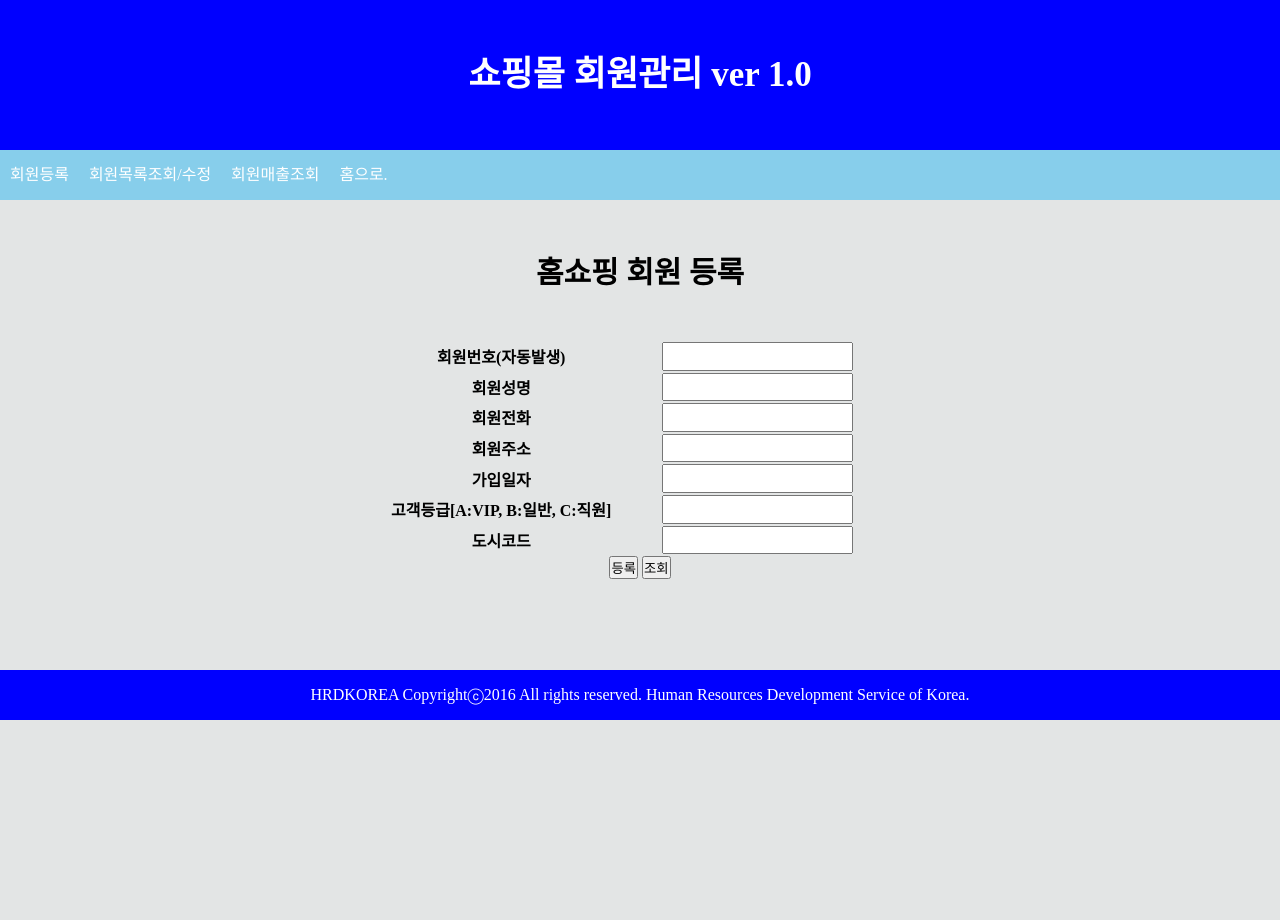
Repository: kayeunae/mvc-pattern
Page: http://localhost/HRD_1234/add.jsp
These files come from the project's save history. The page is drawn as it stood at one moment and after the next save; the edit follows.
The browser window is 1280 px wide. The pictures show the whole page.
The page is served by Tomcat 9.

Above is the page before, as saved 2022-12-19 06:21:23.

After the next save:
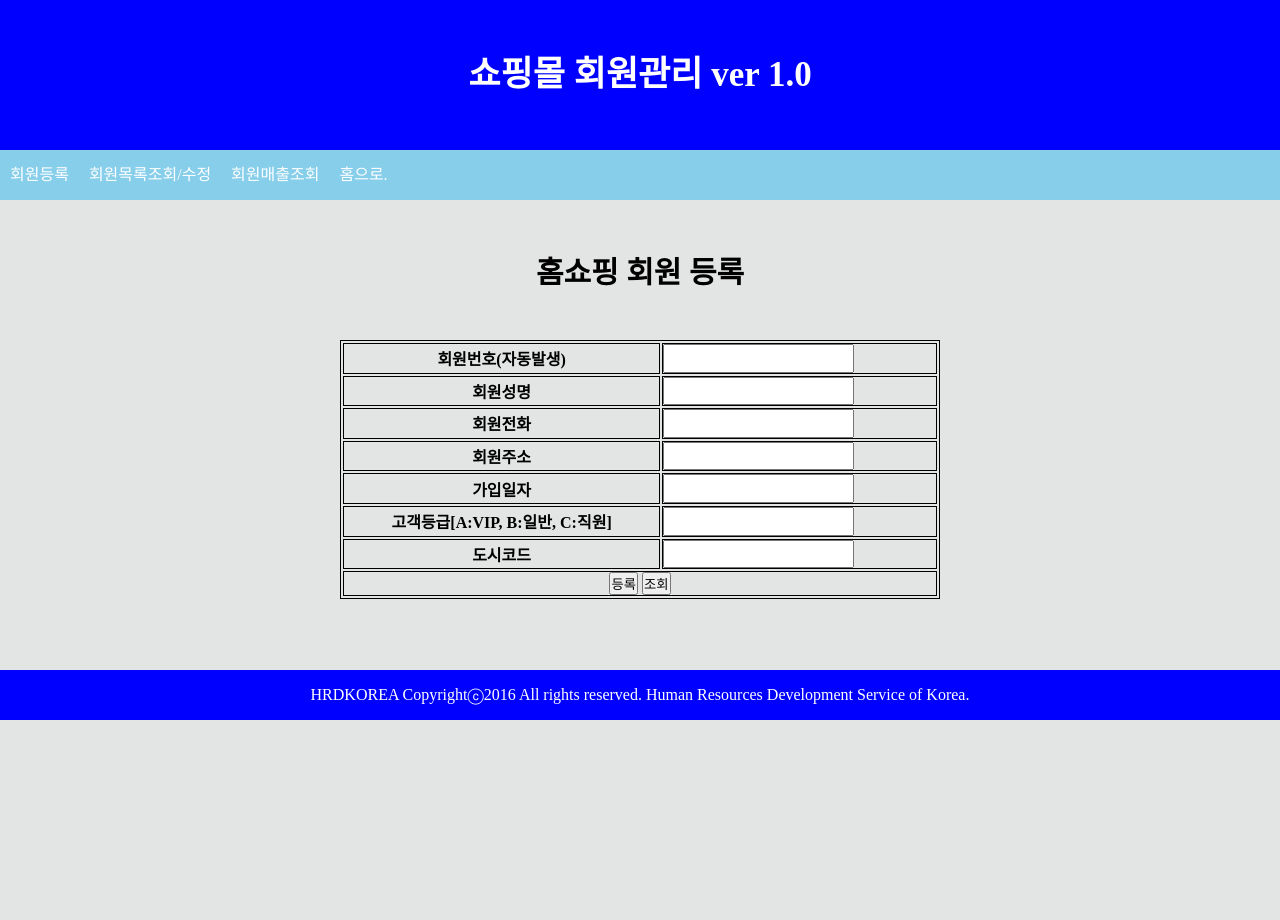
Saved 47 s later.
--- a/HRD_1234/src/main/webapp/style.css
+++ b/HRD_1234/src/main/webapp/style.css
@@ -75,7 +75,7 @@ table{
 }
 
 table, tr, th, td {
-	border: 1px;
+	border: 1px solid black;
 }
 
 td input {
